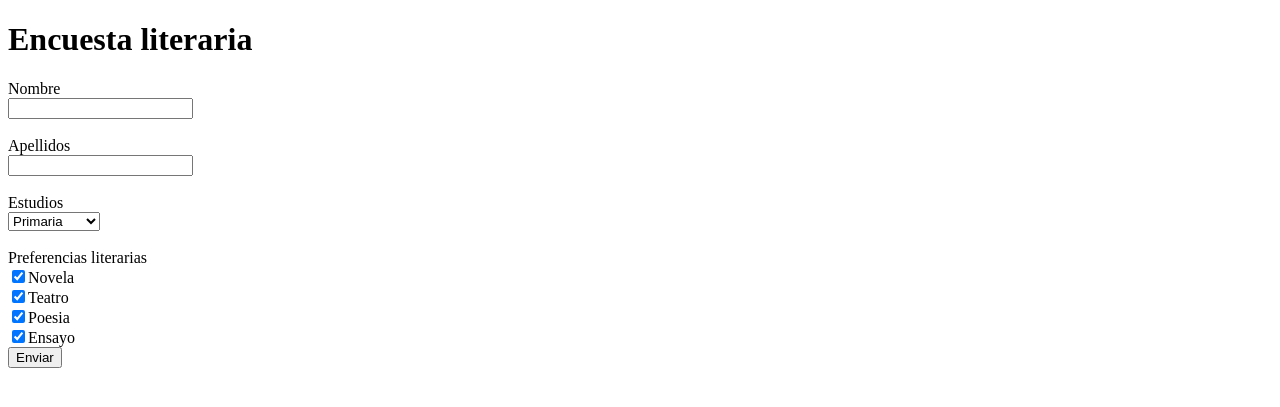
Repository: Jesmv/javaee
Page: Encuesta/WebContent/index.html
An editor plug-in stored every save of this project. The page is shown before and after the next save, followed by the edit.
The browser window is 1280 px wide. The pictures show the whole page.

Above is the page before, as saved 2017-02-16 17:54:33.

### Encuesta/WebContent/index.html
<!DOCTYPE html>
<html>
<head>
<meta charset="UTF-8">
<title>Insert title here</title>
</head>
<body>
<h1>Encuesta literaria</h1>
<form action="/Encuesta/mostrar">
	Nombre<br>
	<input type="text" name="nombre"><br><br>
	Apellidos<br>
	<input type="text" name="napellidos"><br><br>
	Estudios<br>
	<select name="estudios">
		<option>Primaria</option>
		<option>Secundaria</option>
		<option>Bachillerato</option>
	</select><br><br>
	Preferencias literarias<br>
	<input type="checkbox" name="preferencias" value="Novela" checked>Novela<br>
	<input type="checkbox" name="preferencias" value="Teatro" checked>Teatro<br>
	<input type="checkbox" name="preferencias" value="Poesia" checked>Poesia<br>
	<input type="checkbox" name="preferencias" value="Ensayo" checked>Ensayo<br>

	<input type="submit" value="Enviar">
</form>
</body>
</html>

After the next save:
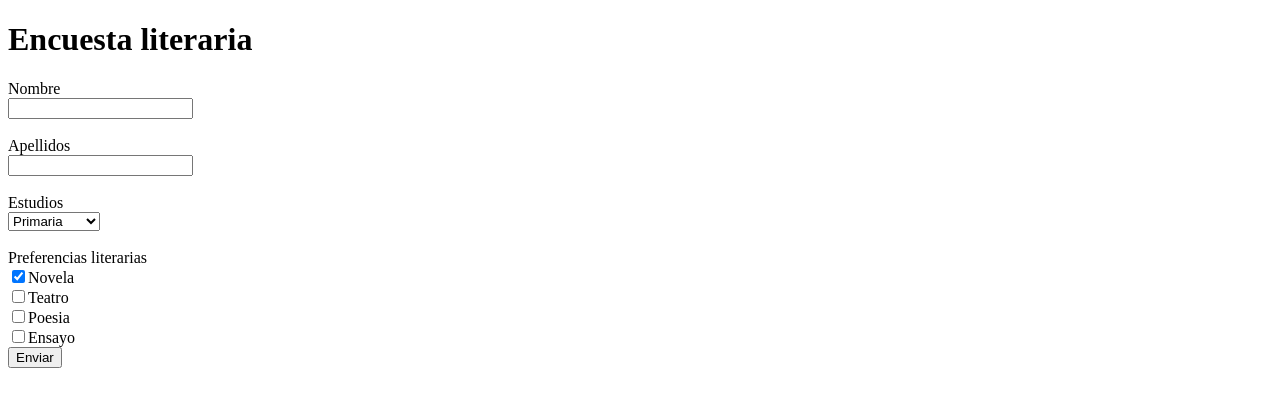
Saved 6 min 26 s later.
--- a/Encuesta/WebContent/index.html
+++ b/Encuesta/WebContent/index.html
@@ -19,9 +19,9 @@
 	</select><br><br>
 	Preferencias literarias<br>
 	<input type="checkbox" name="preferencias" value="Novela" checked>Novela<br>
-	<input type="checkbox" name="preferencias" value="Teatro" checked>Teatro<br>
-	<input type="checkbox" name="preferencias" value="Poesia" checked>Poesia<br>
-	<input type="checkbox" name="preferencias" value="Ensayo" checked>Ensayo<br>
+	<input type="checkbox" name="preferencias" value="Teatro">Teatro<br>
+	<input type="checkbox" name="preferencias" value="Poesia">Poesia<br>
+	<input type="checkbox" name="preferencias" value="Ensayo">Ensayo<br>
 
 	<input type="submit" value="Enviar">
 </form>
